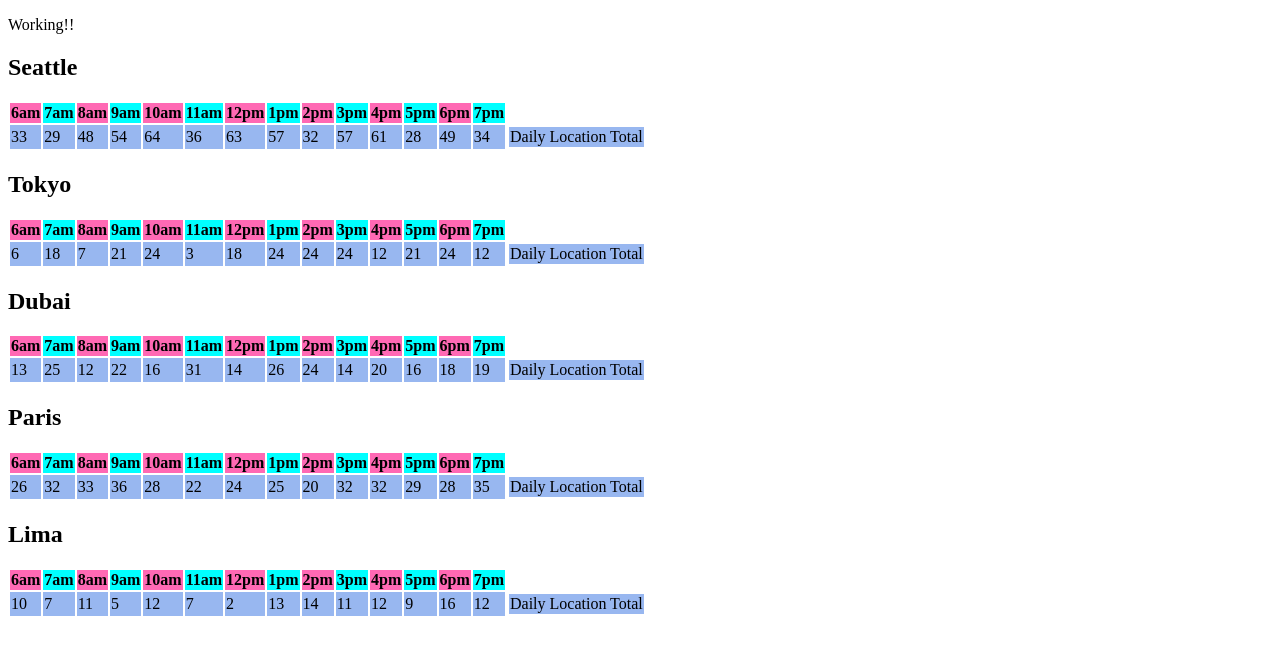
Repository: aaron1986/cookie_stand
Page: sales.html
These files come from the project's save history. The page is drawn as it stood at one moment and after the next save; the edit follows.
The browser window is 1280 px wide. The pictures show the whole page.

Above is the page before, as saved 2023-09-26 14:52:27.

After the next save:
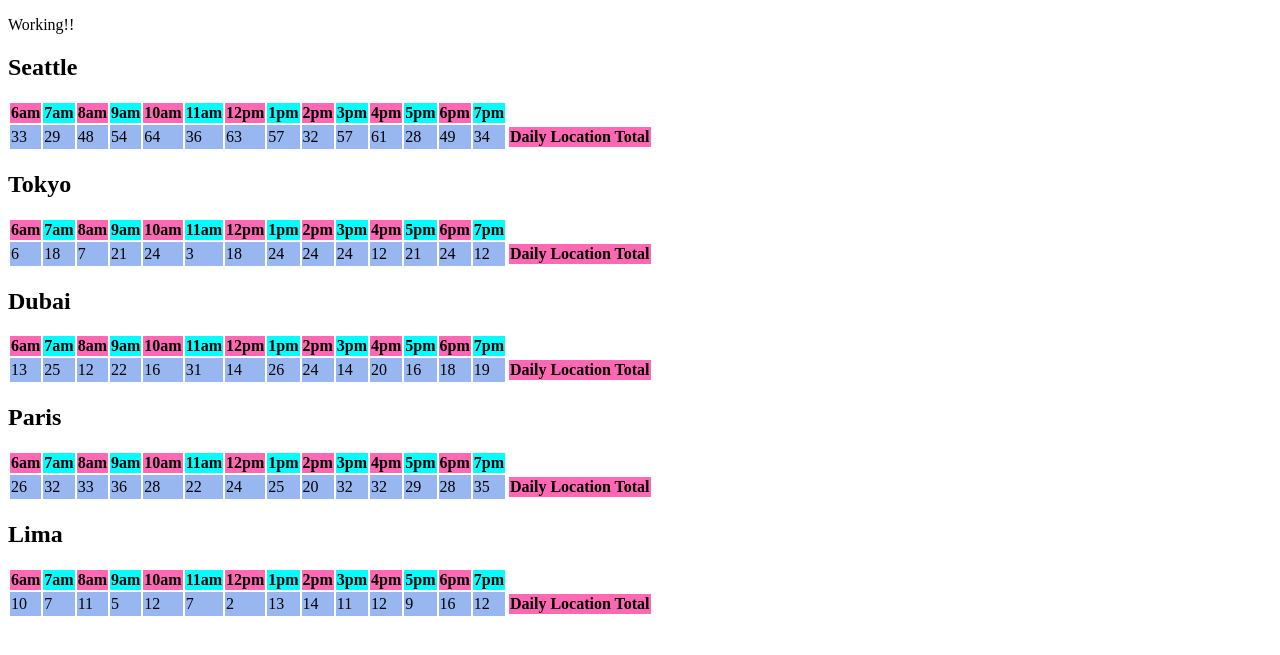
Saved 2 min 48 s later.
--- a/app.js
+++ b/app.js
@@ -80,7 +80,7 @@ function createShopLocation(locationData) {
 
         // Calculate the daily total for each hour
         const totalRow = document.createElement("tr");
-        const totalCell = document.createElement("td");
+        const totalCell = document.createElement("th");
         totalCell.textContent = "Daily Location Total";
         totalRow.appendChild(totalCell);
 
